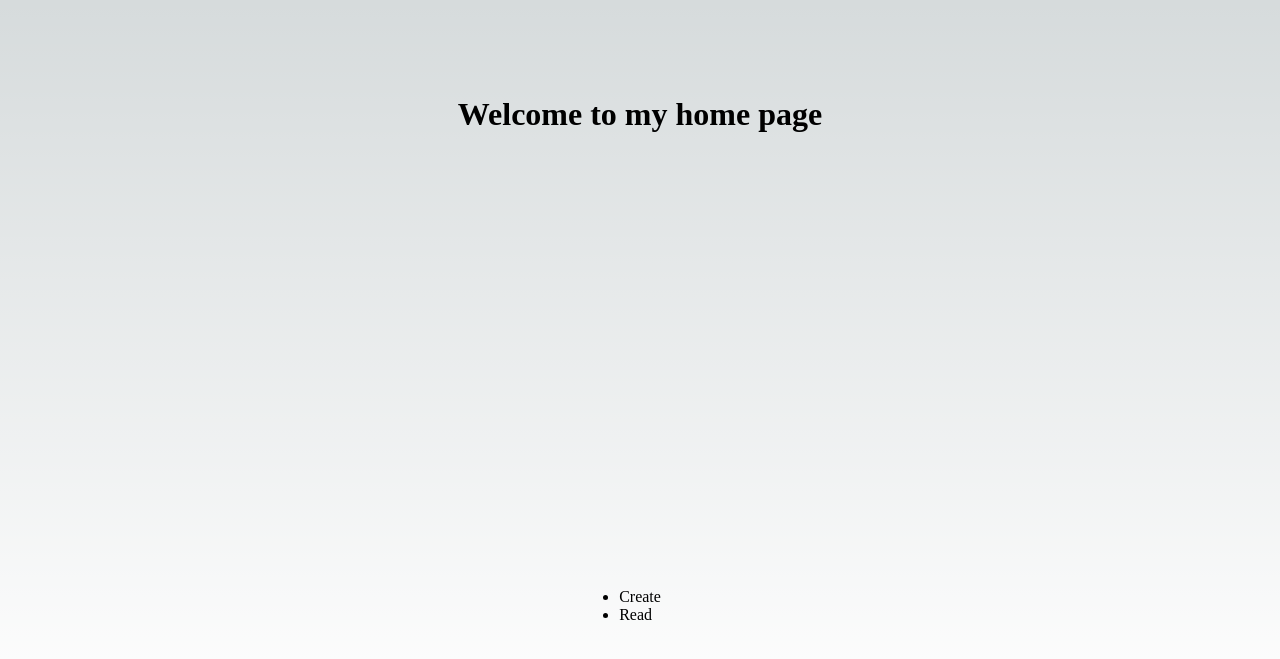
Repository: anoncoderin/Madhu_Laxmi_DCDweek4
Page: /
An editor plug-in stored every save of this project. The page is shown before and after a run of saves, followed by the edit.
The browser window is 1280 px wide. The pictures show the whole page.
The project was rebuilt for these pictures with package versions that can differ from the ones it lists, and the page was loaded fresh each time. The framework's server and built-in components were replaced by stand-ins that run in the browser. Also part of the build but not shown: next.config.js.

Above is the page before, as saved 2023-01-23 15:18:32.

After the next 2 saves:
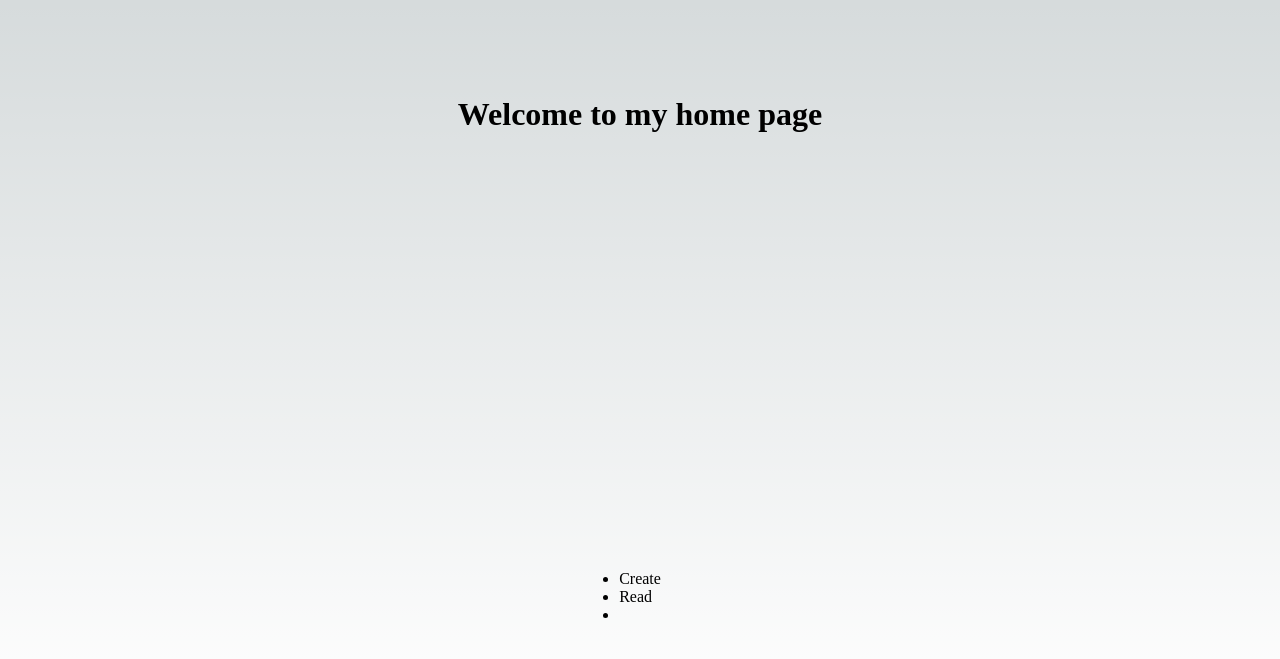
The 2 saves are shown as one change because they came seconds apart.
The last was saved 5 s later.
--- a/pages/index.js
+++ b/pages/index.js
@@ -20,6 +20,7 @@ export default function Home() {
         <ul>
           <li>Create</li>
           <li>Read</li>
+          <li></li>
         </ul>
 
       </main>
